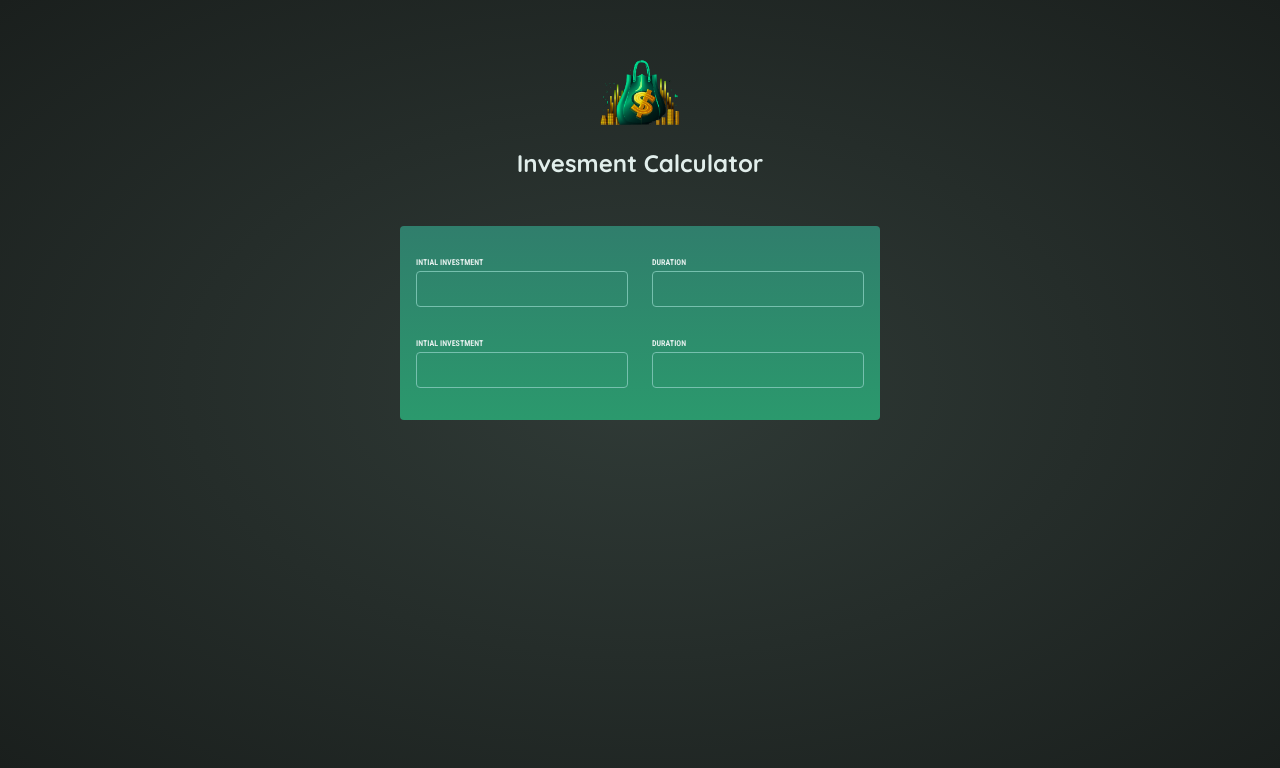
Repository: sibi24sibi/investment-calculator
Page: /
The author's editor kept a copy of each file at every save. The page is drawn from the files as they stood at one save, then again after the next save.
The browser window is 1280 px wide. The pictures show the whole page.
The project was rebuilt for these pictures with package versions that can differ from the ones it lists, and the page was loaded fresh each time. Also part of the build but not shown: vite.config.js.

Above is the page before, as saved 2024-05-26 10:53:47.

### src/App.jsx
import logo from './assets/investment-calculator-logo.png'
import Inputs from './components/Inputs'
function App() {
  return (
    <>
    <div id="header">
      <img src={logo} alt="" srcset="" />
      <h1>Invesment Calculator</h1>
    </div>
    <Inputs />
    </>
  )
}

export default App

### src/components/Inputs.jsx
import { useState } from "react"

export default function Input() {

    useState(

    );
    return (
        <section id='user-input'>
            <div className="input-group">
                <p>
                <label htmlFor="">Intial investment</label>
                <input type="number" name="initialInvestment" id="initialInvestment" />
                </p>
                <p>
                <label htmlFor="">Duration</label>
                <input type="number" name="Duration" id="Duration" />
                </p>
            </div>
            <div className="input-group">
                <p>
                <label htmlFor="">Intial investment</label>
                <input type="number" name="initialInvestment" id="initialInvestment" />
                </p>
                <p>
                <label htmlFor="">Duration</label>
                <input type="number" name="Duration" id="Duration" />
                </p>
            </div>
        </section>
    )
}

Loaded but not shown: index.html (common file); src/index.jsx (common file); src/index.css (common file)

After the next save:
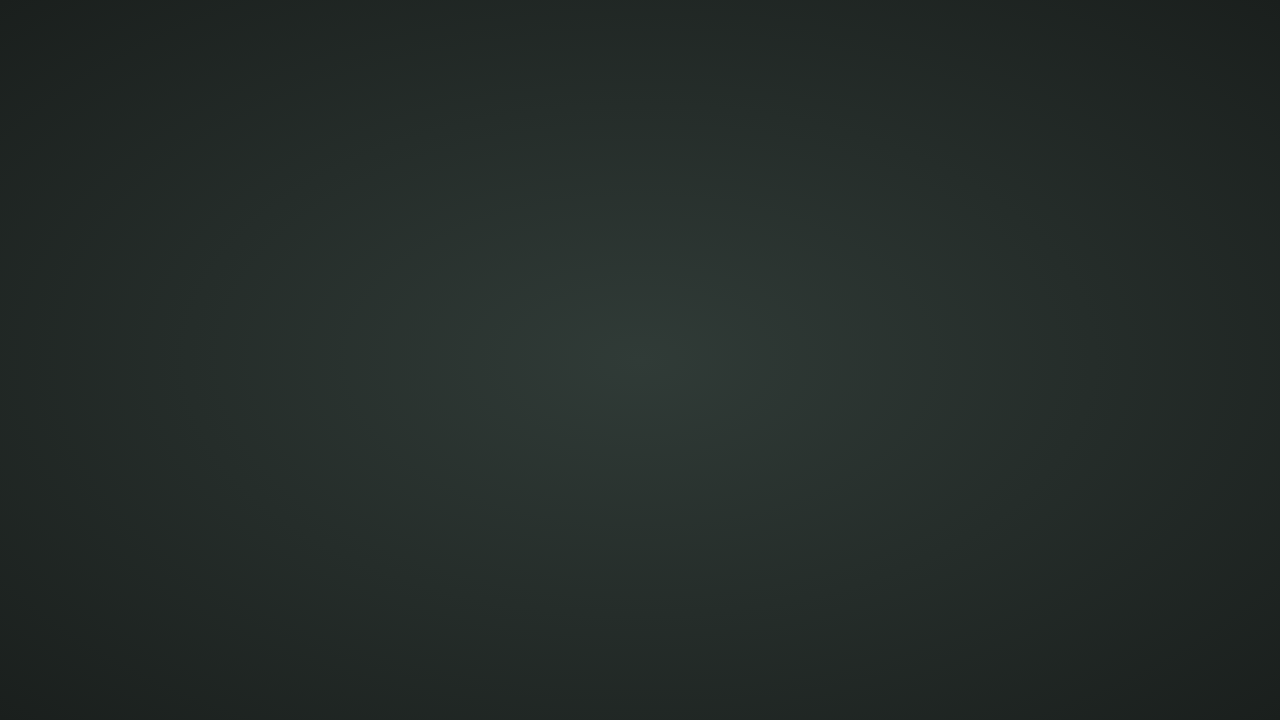
Console error: ReferenceError: initialInvestment is not defined
Saved 8 min 12 s later.
--- a/src/components/Inputs.jsx
+++ b/src/components/Inputs.jsx
@@ -2,15 +2,25 @@ import { useState } from "react"
 
 export default function Input() {
 
-    useState(
+    const [userInput,setUserInput] = useState(
+        initialInvestment,
+        annualInvestment,
+        expectedReturn,
+        duration,
+    );
 
-    );
+    function handleChange(inputIdentifier,newValue){
+        setUserInput({
+           ...prevInput,
+            [inputIdentifier]:newValue
+        })
+    }
     return (
         <section id='user-input'>
             <div className="input-group">
                 <p>
                 <label htmlFor="">Intial investment</label>
-                <input type="number" name="initialInvestment" id="initialInvestment" />
+                <input type="number" name="initialInvestment" id="initialInvestment" handleChange={(event) => handleChange('initialInvestment',event.target.value)} />
                 </p>
                 <p>
                 <label htmlFor="">Duration</label>
